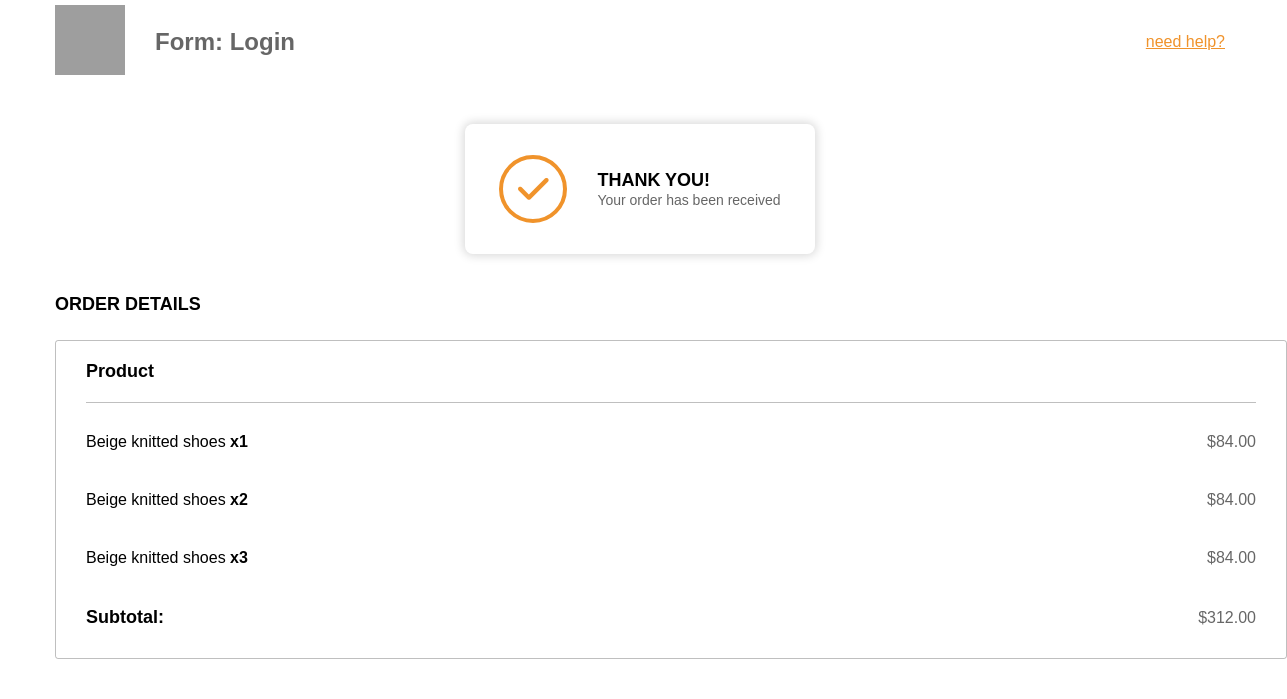
Repository: NguyenDucHung20002/project-homev1
Page: checkout/checkout.html
These files come from the project's save history. The page is drawn as it stood at one moment and after the next save; the edit follows.
The browser window is 1280 px wide. The page is 1287 px wide, so the pictures cover 1287 px, including what lies to the right of the window. The pictures show the whole page.
Pictures or frames that could not be fetched are drawn as grey boxes. The style sheet was rebuilt from its Sass, Less or Tailwind sources for each picture, by a compiler version that may differ from the author's.

Above is the page before, as saved 2022-09-20 10:21:30.

### checkout/checkout.html
<!DOCTYPE html>
<html lang="en">

<head>
    <meta charset="UTF-8">
    <meta http-equiv="X-UA-Compatible" content="IE=edge">
    <meta name="viewport" content="width=device-width, initial-scale=1.0">
    <!-- <link rel="stylesheet" href="../reset.css"> -->
    <link rel="stylesheet" href="../fontawesome-free-6.1.2-web/css/all.min.css">
    <link rel="stylesheet" href="../dist/css/checkout.css">
    <title>Document</title>
    <link rel="icon" href="/icon/favicon.png">
</head>

<body>
    <header>
        <div class="header">
            <div class="container">
                <div class="header-right">
                    <a href="../homev1.html"><img
                            src="http://wp.0effortthemes.com/themes/veggie/wp-content/uploads/2016/06/header-v3-logo.png"
                            alt=""></a>
                    <h2 class="name-form">Form: Login</h2>
                </div>
                <div class="header-left">
                    <a href="" class="help">need help?</a>
                </div>
            </div>
        </div>
    </header>

    <div class="content">
        <div class="container">
            <div class="thank-you">
                <i class="fa-solid fa-check"></i>
                <div class="title">
                    <span><strong>THANK YOU!</strong></span><br>
                    <span>Your order has been received</span>
                </div>
            </div>
            <span class="title-order-details"><strong>ORDER DETAILS</strong></span>
            <div class="order-details">
                <span class="title-product"><strong>Product</strong></span>
                <div class="cart-items">
                    <div class="items">
                        <span class="name-items">Beige knitted shoes <strong>x1</strong></span>
                        <span class="price-items">$84.00</span>
                    </div>
                    <div class="items">
                        <span class="name-items">Beige knitted shoes <strong>x2</strong></span>
                        <span class="price-items">$84.00</span>
                    </div>
                    <div class="items">
                        <span class="name-items">Beige knitted shoes <strong>x3</strong></span>
                        <span class="price-items">$84.00</span>
                    </div>
                </div>
                <div class="sub-total">
                    <span class="title-subtotal">Subtotal:</span>
                    <span class="total-price">$312.00</span>
                </div>
            </div>
        </div>
    </div>

</body>

<script src="https://cdnjs.cloudflare.com/ajax/libs/jquery/3.6.0/jquery.min.js"
    integrity="sha512-894YE6QWD5I59HgZOGReFYm4dnWc1Qt5NtvYSaNcOP+u1T9qYdvdihz0PPSiiqn/+/3e7Jo4EaG7TubfWGUrMQ=="
    crossorigin="anonymous" referrerpolicy="no-referrer"></script>
<script src="./checkout.js"></script>

</html>

### checkout/checkout.js
// $(".btn-checkout").click((e) => {
//   e.preventDefault();
// });

### checkout/checkout.scss
* {
  font-family: "Poppins", sans-serif;
}
body {
  position: relative;
}
.container {
  margin: 0 auto;
  width: 1170px;
}
header {
  width: 100%;
  position: fixed;
  top: 0;
  left: 0;
  z-index: 10000;
  background-color: rgba(#ffffff, 0.8);
  .header {
    .container {
      display: flex;
      align-items: center;
      justify-content: space-between;
      padding: 5px;
      .header-right {
        display: flex;
        justify-content: flex-start;
        align-items: center;
        a {
          img {
            width: 70px;
            height: 70px;
          }
        }
        .name-form {
          color: #666;
          margin-left: 30px;
        }
      }
      .header-left {
        a {
          color: #f0932b;
        }
      }
    }
  }
}
.content {
  .container {
    background-color: #ffffff;
    margin-top: 84px;
    padding: 40px 0px;
    .thank-you {
      display: flex;
      align-items: center;
      justify-content: center;
      width: 350px;
      height: 130px;
      margin: 0 auto;
      border-radius: 8px;
      box-shadow: 0px 0px 10px 2px rgba(0, 0, 0, 0.15);
      i {
        color: #f0932b;
        text-align: center;
        line-height: 60px;
        width: 60px;
        height: 60px;
        border: 4px solid #f0932b;
        border-radius: 50%;
        font-size: 35px;
        font-weight: bold;
        margin-right: 30px;
      }
      .title {
        span {
          font-size: 14px;
          color: #666;
        }
        strong {
          color: black;
          font-size: 18px;
        }
      }
    }
    .title-order-details {
      display: inline-block;
      margin: 40px 0px 25px;
      color: black;
      font-size: 18px;
    }
    .order-details {
      width: 100%;
      border-radius: 3px;
      padding: 20px 30px;
      border: 0.5px solid rgba(0, 0, 0, 0.25);
      .title-product {
        display: inline-block;
        width: 100%;
        font-size: 18px;
        font-weight: bold;
        padding-bottom: 20px;
        border-bottom: 0.5px solid rgba(0, 0, 0, 0.25);
      }
      .cart-items {
        padding: 10px 0px;
        .items {
          display: flex;
          align-items: center;
          justify-content: space-between;
          padding: 20px 0px;
          .name-items {
          }
          .price-items {
            color: #666;
          }
        }
      }
      .sub-total {
        display: flex;
        align-items: center;
        justify-content: space-between;
        padding: 10px 0px;
        .title-subtotal {
          color: black;
          font-size: 18px;
          font-weight: bold;
        }
        .total-price {
          color: #666;
        }
      }
    }
  }
}

Loaded but not shown: fontawesome-free-6.1.2-web/css/all.min.css (library)

After the next save:
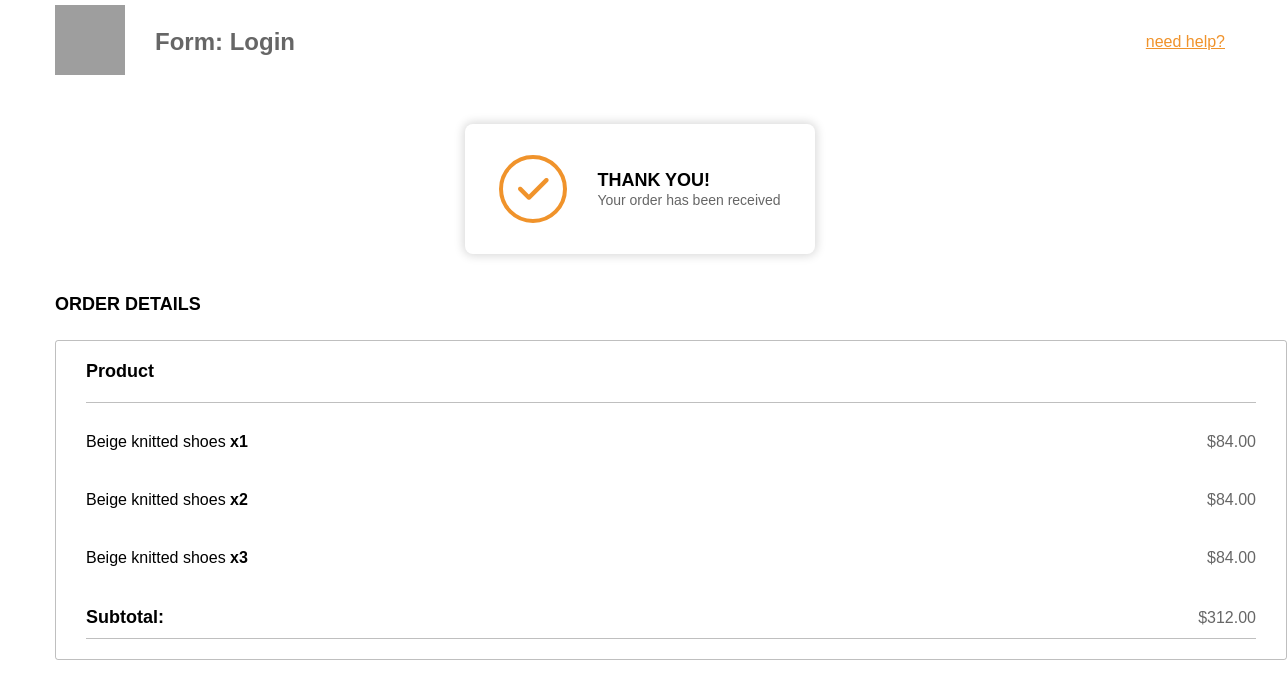
Saved 16 s later.
--- a/checkout/checkout.scss
+++ b/checkout/checkout.scss
@@ -119,6 +119,7 @@ header {
         align-items: center;
         justify-content: space-between;
         padding: 10px 0px;
+        border-bottom: 0.5px solid rgba(0, 0, 0, 0.25);
         .title-subtotal {
           color: black;
           font-size: 18px;
